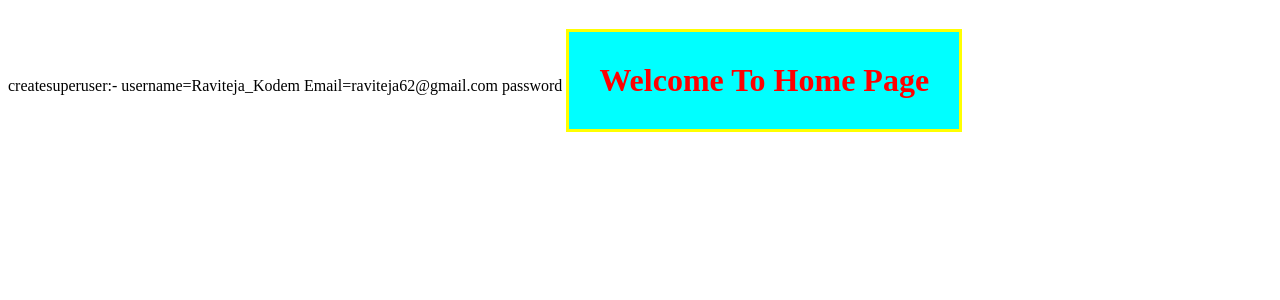
Repository: Raviteja6671/Django
Page: http://localhost/home/
These files come from the project's save history. The page is drawn as it stood at one moment and after a run of saves; the edit follows.
The browser window is 1280 px wide. The pictures show the whole page.
The page is served by the project's application, run on Django 5.2 (myProject/manage.py).

Above is the page before, as saved 2025-12-07 19:52:21.

After the next 2 saves:
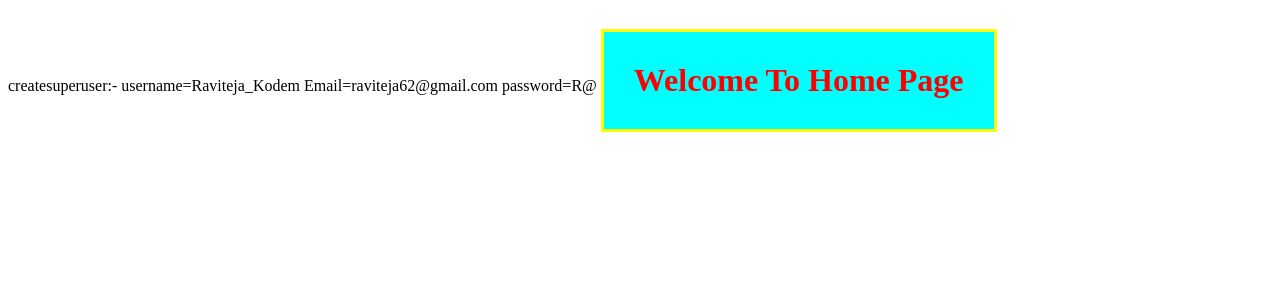
The 2 saves are shown as one change because they came seconds apart.
The last was saved 7 s later.
--- a/myProject/basic/templates/home.html
+++ b/myProject/basic/templates/home.html
@@ -16,7 +16,7 @@
     createsuperuser:-
     username=Raviteja_Kodem
     Email=raviteja62@gmail.com
-    password
+    password=R@
 </head>
 <body>
     <h1>Welcome To Home Page</h1>
